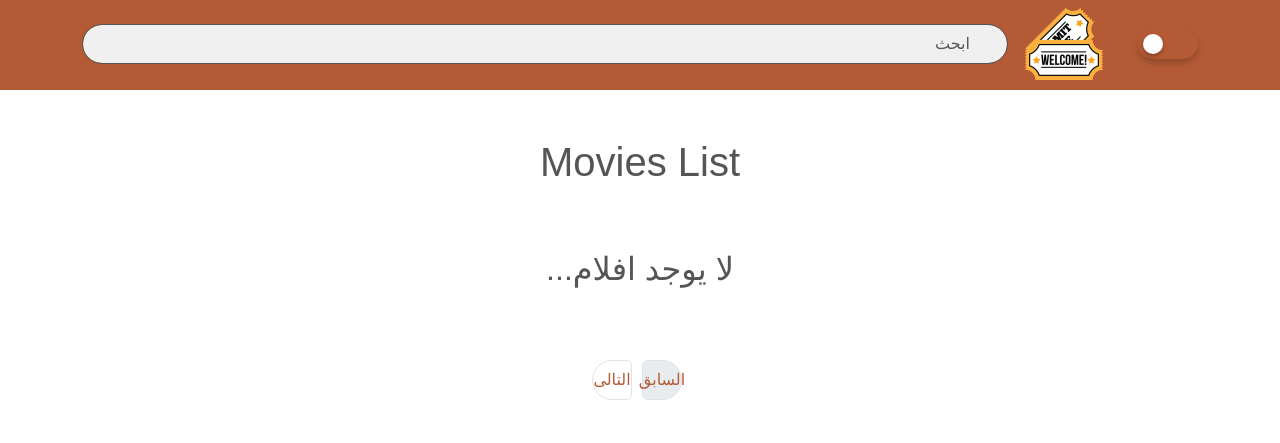
Repository: kerlos-alfy/Movie-List
Page: /
These files come from the project's save history. The page is drawn as it stood at one moment and after the next save; the edit follows.
The browser window is 1280 px wide. The pictures show the whole page.
The page's requests for data from a server got no answer. The project was rebuilt for these pictures with package versions that can differ from the ones it lists, and the page was loaded fresh each time. No one was signed in, and anything a server would have sent is missing. Also part of the build but not shown: vite.config.js, src/App.css, src/components/CardMovie.jsx.

Above is the page before, as saved 2025-01-16 05:17:10.

### index.html
<!DOCTYPE html>
<html lang="ar" dir="rtl">
	<head>
		<meta charset="UTF-8" />
		<link rel="icon" type="image/svg+xml" href="https://www.svgrepo.com/show/289436/movies-clapperboard.svg" />
		<link
			rel="stylesheet"
			href="https://cdn.jsdelivr.net/npm/bootstrap@5.3.3/dist/css/bootstrap.min.css"
			integrity="sha384-QWTKZyjpPEjISv5WaRU9OFeRpok6YctnYmDr5pNlyT2bRjXh0JMhjY6hW+ALEwIH"
			crossorigin="anonymous" />
		<meta name="viewport" content="width=device-width, initial-scale=1.0" />
		<title>Movies List</title>
	</head>
	<body>
		<div id="root"></div>
		<script type="module" src="/src/main.jsx"></script>
	</body>
</html>

### src/index.css
/* المتغيرات العامة */
:root {
	--background-color: white;
	--text-color: #555555;
	--primary-color: #b45b35;
	--card-background: #f8f8f8;
	--overlay-background: #393839;
}

/* الوضع الداكن */
.dark-mode {
	--background-color: #121212;
	--text-color: #f0f0f0;
	--primary-color: #ff6f61;
	--card-background: #1e1e1e;
	--overlay-background: #333333;
}

/* أنماط عامة */
body {
	margin: 0;
	background-color: var(--background-color);
	color: var(--text-color);
}

.color-body {
	background-color: var(--background-color);
	height: 100vh;
}

.nav-style {
	height: 90px;
	width: 1440px;
	background-color: var(--primary-color);
}

.logo {
	height: 72px;
	width: 78px;
}

.search {
	position: relative;
}

.search input {
	height: 40px;
	text-indent: 25px;
	border-radius: 20px;
	border: 1px solid var(--text-color);
	background-color: #f0f0f0;
	color: var(--text-color);
}

.search input:focus {
	box-shadow: none;
	border: 2px solid var(--primary-color);
}

.search .fa-search {
	position: absolute;
	top: 12px;
	left: 16px;
	color: var(--text-color);
}

.card {
	position: relative;
	transition: all 0.5s ease-in;
	cursor: pointer;
	height: 375px;
}

.card__image {
	display: block;
	width: 100%;
	height: 100%;
	border-radius: 5px;
}

.card__overlay {
	position: absolute;
	top: 0;
	bottom: 0;
	left: 0;
	right: 0;
	height: 100%;
	width: 100%;
	opacity: 0;
	visibility: none;
	transition: 0.5s ease;
	background-color: var(--overlay-background);
}

.card:hover .card__overlay {
	opacity: 0.8;
}

.overlay__text {
	color: var(--text-color);
	font-size: 16px;
	font-weight: bold;
	position: absolute;
	top: 50%;
	left: 50%;
	-webkit-transform: translate(-50%, -50%);
	-ms-transform: translate(-50%, -50%);
	transform: translate(-50%, -50%);
}

.font {
	font-family: "Almarai", sans-serif;
	font-family: "Cairo", sans-serif;
}

.color {
	color: var(--primary-color);
	background-color: var(--primary-color);
}

.card-detalis {
	height: 370px;
	border-radius: 20px;
	background-color: var(--card-background);
}

.card-story {
	height: 300px;
	border-radius: 20px;
	background-color: var(--card-background);
}

.img-movie {
	height: 360px;
	padding: 10px;
	border-radius: 20px;
}

.card-text-details {
	color: var(--text-color);
	font-family: Almarai;
	font-size: 28px;
	font-weight: bold;
	letter-spacing: 0;
	line-height: 49px;
}

.card-text-story {
	color: var(--text-color);
	font-family: Almarai;
	font-size: 18px;
	letter-spacing: 0;
	line-height: 32px;
}

.card-text-title {
	color: var(--text-color);
	font-family: Almarai;
	font-size: 36px;
	font-weight: bold;
	letter-spacing: 0;
	line-height: 49px;
}

.toggle-btn {
	position: relative;
	width: 60px;
	height: 30px;
	background-color: var(--primary-color);
	border-radius: 15px;
	cursor: pointer;
	transition: background-color 0.3s ease-in-out;
	display: flex;
	align-items: center;
	padding: 5px;
	box-shadow: 0 4px 6px rgba(0, 0, 0, 0.2);
}

.toggle-btn::before {
	content: "";
	position: absolute;
	top: 50%;
	left: 5px;
	width: 20px;
	height: 20px;
	background-color: #fff;
	border-radius: 50%;
	transform: translateY(-50%);
	transition: all 0.3s ease-in-out;
	box-shadow: 0 2px 4px rgba(0, 0, 0, 0.3);
}

.toggle-btn.dark {
	background-color: #555;
}

.toggle-btn.dark::before {
	left: 35px;
}

.pagination .page-link {
	color: var(--primary-color); /* لون الروابط */
	border: 1px solid #dee2e6; /* تحديد الإطار */
	border-radius: 50%; /* شكل دائري للأزرار */
	width: 40px;
	height: 40px;
	display: flex;
	align-items: center;
	justify-content: center;
	margin: 0 5px;
}

.pagination .page-item.active .page-link {
	background-color: var(--primary-color); /* لون الخلفية */
	color: white; /* لون النص */
	border-color: var(--primary-color); /* لون الإطار */
}

.pagination .page-item:hover .page-link {
	background-color: #e9ecef; /* لون عند التمرير */
	color: #007bff;
}

### src/App.jsx
import "./App.css";
import { Container } from "react-bootstrap";
import NavBar from "./components/NavBar";
import MoviesList from "./components/MoviesList";
import axios from "axios";
import { useState, useEffect } from "react";
function App() {
	const [movies, setMovies] = useState([]);
	const [pageCount, setPageCount] = useState(0);
	const getAllMovies = async () => {
		const res = await axios.get("https://api.themoviedb.org/3/movie/popular?api_key=3ac2c05f95f92e69875f1b70453ca0cd&language=ar");
		setMovies(res.data.results);
		setPageCount(res.data.total_pages);
	};
	const search = async (word) => {
		if (word === "") {
			getAllMovies();
		} else {
			const res = await axios.get(`https://api.themoviedb.org/3/search/movie?api_key=3ac2c05f95f92e69875f1b70453ca0cd&query=${word}&language=ar`);
			setMovies(res.data.results);
			setPageCount(res.data.total_pages);
		}
	};

	//get current page
	const getPage = async (page) => {
		const res = await axios.get(`https://api.themoviedb.org/3/movie/popular?api_key=3ac2c05f95f92e69875f1b70453ca0cd&language=ar&page=${page}`);
		setMovies(res.data.results);
		setPageCount(res.data.total_pages);
	};

	useEffect(() => {
		getAllMovies();
	}, []);
	return (
		<div className="font color-body">
			<NavBar search={search} />
			<Container>
				<h1 className="text-center mt-5">Movies List</h1>
				<MoviesList movies={movies} pageCount={pageCount} getPage={getPage} />
			</Container>
		</div>
	);
}

export default App;

### src/components/NavBar.jsx
/* eslint-disable react/prop-types */
import { Container, Row, Col } from "react-bootstrap";
import DarkModeToggle from "./DarkModeToggle";

function NavBar({ search }) {
	const onSearch = (word) => {
		search(word);
	};
	return (
		<div className="nav-style w-100">
			<Container>
				<Row className="pt-2">
					{/* زر الوضع الداكن */}
					<Col xs="2" lg="1" className="d-flex align-items-center">
						<DarkModeToggle />
					</Col>

					{/* الشعار */}
					<Col xs="2" lg="1" className="d-flex align-items-center">
						<a href="/">
							<img className="logo" src="logo.png" alt="Logo" />
						</a>
					</Col>

					{/* مربع البحث */}
					<Col xs="8" lg="10" className="d-flex align-items-center">
						<div className="search w-100">
							<i className="fa fa-search"></i>
							<input
								onChange={(e) => {
									onSearch(e.target.value);
								}}
								type="text"
								className="form-control"
								placeholder="ابحث"
							/>
						</div>
					</Col>
				</Row>
			</Container>
		</div>
	);
}

export default NavBar;

### src/components/MoviesList.jsx
/* eslint-disable react/prop-types */
import { Row } from "react-bootstrap";
import CardMovie from "./CardMovie";
import PaginationComponent from "./Pagination";
function MoviesList({ movies, pageCount, getPage }) {
	return (
		<Row className="mt-3">
			{movies.length >= 1 ? (
				movies.map((mov) => {
					return <CardMovie key={mov.id} mov={mov} />;
				})
			) : (
				<h2 className="text-center p-5">لا يوجد افلام...</h2>
			)}
			<PaginationComponent pageCount={pageCount} getPage={getPage} />
		</Row>
	);
}

export default MoviesList;

### src/components/DarkModeToggle.jsx
import { useState, useEffect } from "react";
function DarkModeToggle() {
	const [isDarkMode, setIsDarkMode] = useState(() => {
		return localStorage.getItem("dark-mode") === "true" || false;
	});

	useEffect(() => {
		if (isDarkMode) {
			document.body.classList.add("dark-mode");
		} else {
			document.body.classList.remove("dark-mode");
		}
		localStorage.setItem("dark-mode", isDarkMode);
	}, [isDarkMode]);

	return <div className={`toggle-btn ${isDarkMode ? "dark" : ""}`} onClick={() => setIsDarkMode(!isDarkMode)}></div>;
}

export default DarkModeToggle;

### src/components/Pagination.jsx
/* eslint-disable react/prop-types */
import ReactPaginate from "react-paginate";
import { Pagination } from "react-bootstrap";

function PaginationComponent({ pageCount, getPage }) {
	const handlePageClick = (data) => {
		getPage(data.selected + 1);
	};
	return (
		<ReactPaginate
			breakLabel="..."
			nextLabel="التالى"
			onPageChange={handlePageClick}
			marginPagesDisplayed={2}
			pageRangeDisplayed={2}
			pageCount={pageCount}
			previousLabel="السابق"
			containerClassName={"pagination justify-content-center p-3"}
			pageClassName={"page-item"}
			pageLinkClassName={"page-link"}
			previousClassName={"page-item"}
			nextClassName={"page-item"}
			previousLinkClassName={"page-link"}
			nextLinkClassName={"page-link"}
			breakClassName={"page-item"}
			breakLinkClassName={"page-link"}
			activeClassName={"active"}
		/>
	);
}

export default PaginationComponent;

Loaded but not shown: src/main.jsx (common file)

After the next save:
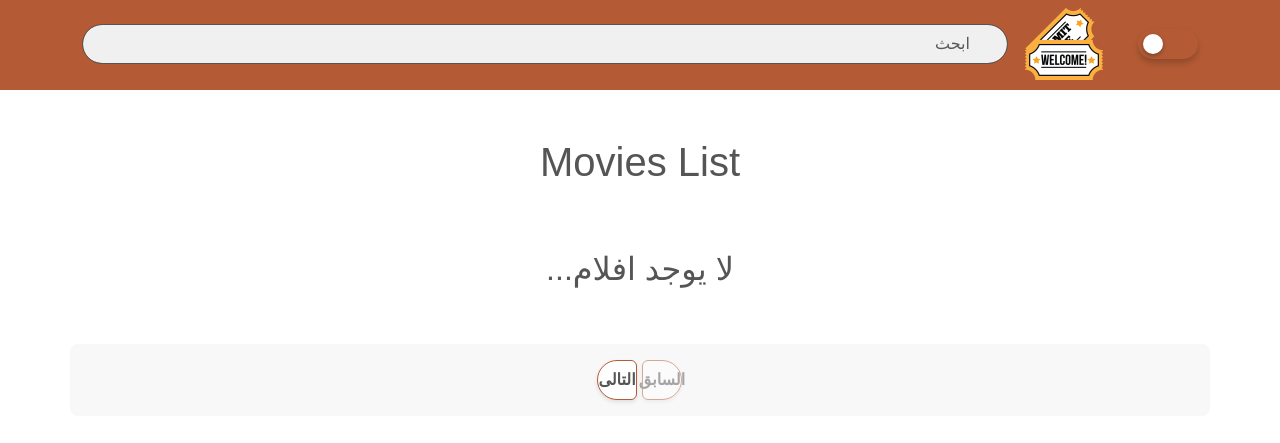
Saved 48 s later.
--- a/src/index.css
+++ b/src/index.css
@@ -197,26 +197,54 @@ body {
 .toggle-btn.dark::before {
 	left: 35px;
 }
+.pagination {
+	background-color: var(--card-background, #f8f8f8); /* خلفية الجزء الخارجي */
+	padding: 10px;
+	border-radius: 8px;
+	display: flex;
+	justify-content: center;
+	align-items: center;
+	gap: 5px;
+}
+
+.pagination .page-item {
+	list-style: none;
+}
 
 .pagination .page-link {
-	color: var(--primary-color); /* لون الروابط */
-	border: 1px solid #dee2e6; /* تحديد الإطار */
+	background-color: var(--background-color, white); /* لون الخلفية */
+	color: var(--text-color, #555555); /* لون النص */
+	border: 1px solid var(--primary-color, #b45b35); /* لون الإطار */
 	border-radius: 50%; /* شكل دائري للأزرار */
 	width: 40px;
 	height: 40px;
 	display: flex;
 	align-items: center;
 	justify-content: center;
-	margin: 0 5px;
+	font-weight: bold;
+	transition: all 0.3s ease-in-out;
+	box-shadow: 0 2px 4px rgba(0, 0, 0, 0.1); /* ظل خفيف */
+}
+
+.pagination .page-link:hover {
+	background-color: var(--primary-color, #b45b35); /* لون الخلفية عند التمرير */
+	color: var(--background-color, white); /* لون النص عند التمرير */
+	box-shadow: 0 4px 6px rgba(0, 0, 0, 0.2);
 }
 
 .pagination .page-item.active .page-link {
-	background-color: var(--primary-color); /* لون الخلفية */
-	color: white; /* لون النص */
-	border-color: var(--primary-color); /* لون الإطار */
-}
-
-.pagination .page-item:hover .page-link {
-	background-color: #e9ecef; /* لون عند التمرير */
-	color: #007bff;
-}
+	background-color: var(--primary-color, #b45b35); /* لون الخلفية للأزرار النشطة */
+	color: var(--background-color, white); /* لون النص */
+	border-color: var(--primary-color, #b45b35);
+	font-weight: bold;
+}
+
+.pagination .page-link:focus {
+	outline: none;
+	box-shadow: 0 0 0 2px var(--overlay-background, #393839); /* تأثير التركيز */
+}
+
+.pagination .page-item.disabled .page-link {
+	opacity: 0.5;
+	pointer-events: none; /* تعطيل الأزرار */
+}
